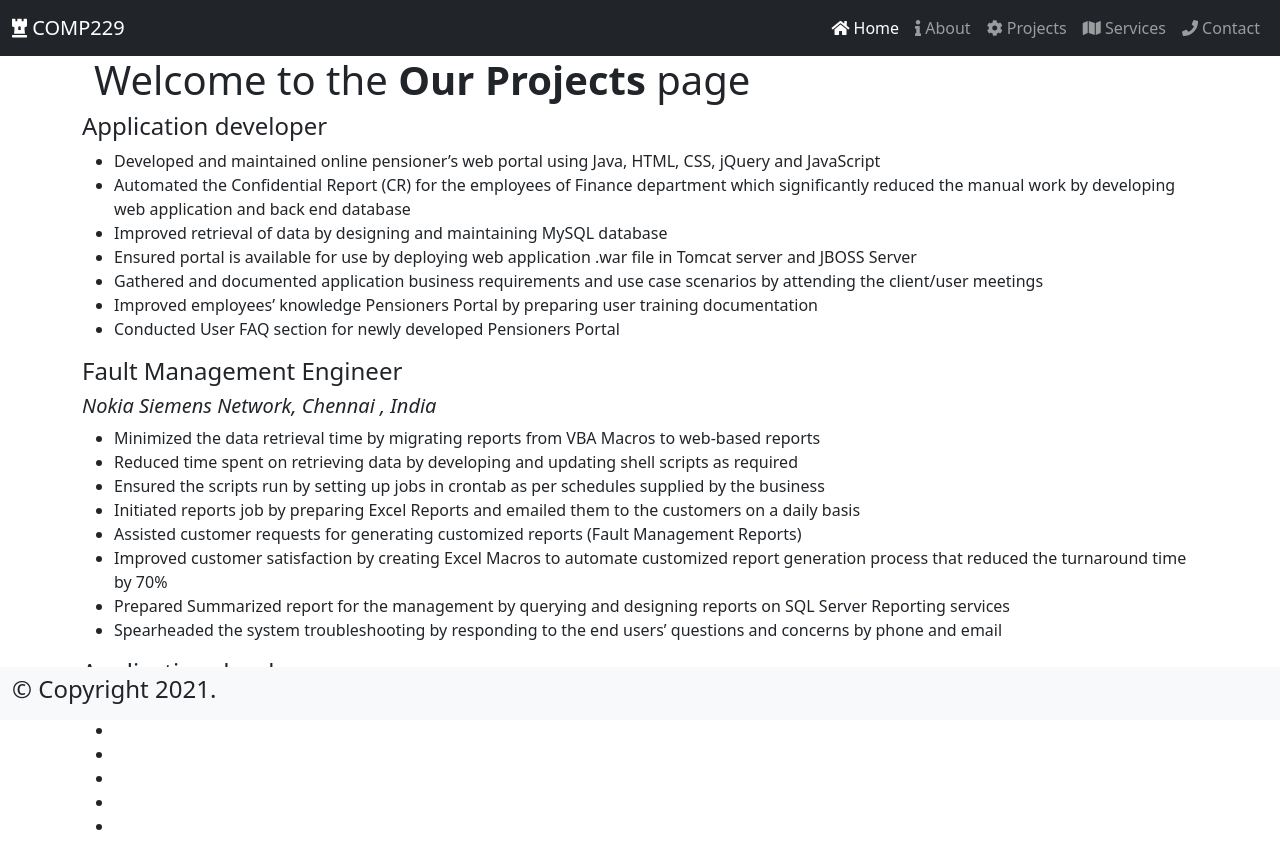
Repository: RevathyJK/Portfolio
Page: http://localhost/projects
An editor plug-in stored every save of this project. The page is shown before and after the next save, followed by the edit.
The browser window is 1280 px wide. The pictures show the whole page.
The page is served by the project's Node server (server.js).

Above is the page before, as saved 2021-09-27 23:17:36.

After the next save:
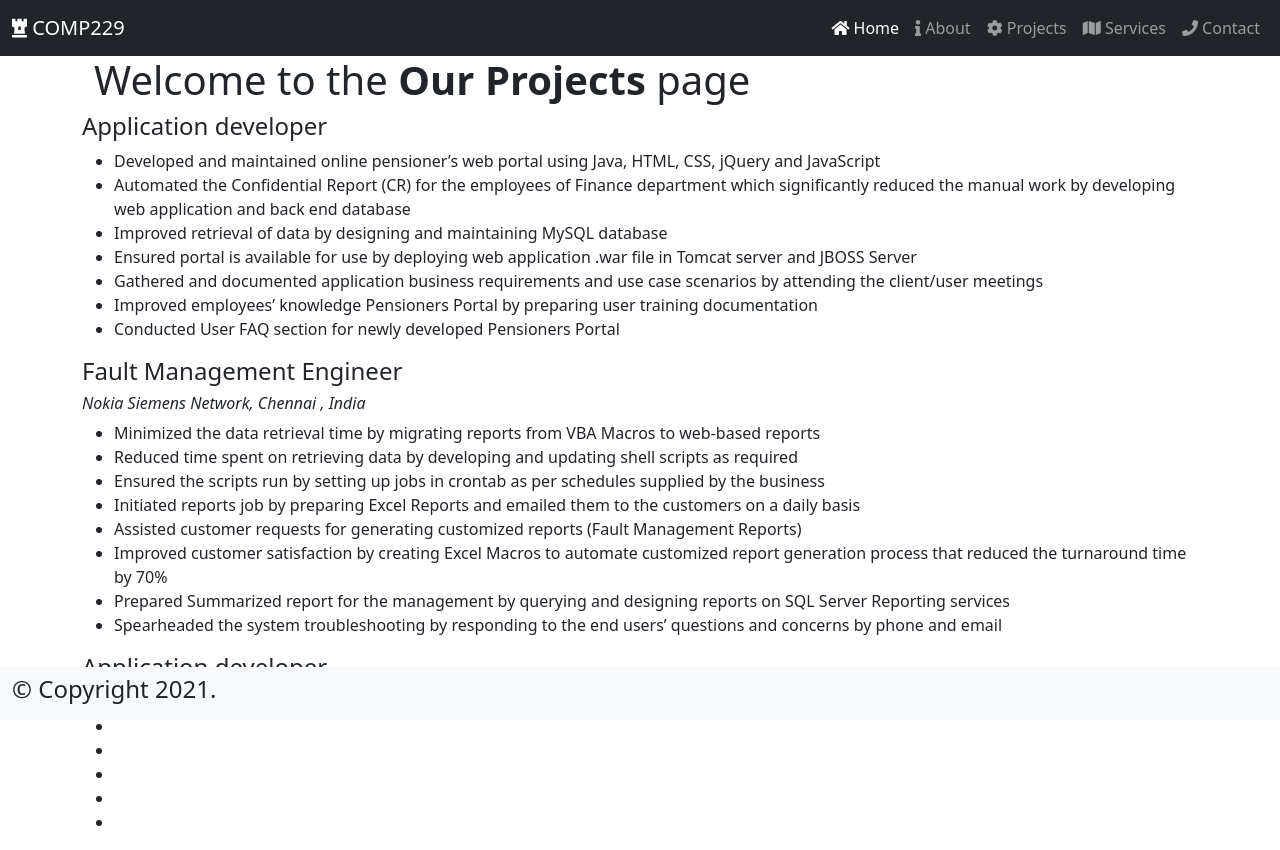
Saved 15 s later.
--- a/Server/Views/content/projects.ejs
+++ b/Server/Views/content/projects.ejs
@@ -18,7 +18,7 @@
 
 <tr>
         <h4>Fault Management Engineer</h4>
-        <h5><i>Nokia Siemens Network, Chennai , India</i></h5>
+        <h6><i>Nokia Siemens Network, Chennai , India</i></h6>
         <ul>
                 <li>Minimized the data retrieval time by migrating reports from VBA Macros to web-based reports</li>
 		<li>Reduced time spent on retrieving data by developing and updating shell scripts as required </li>
